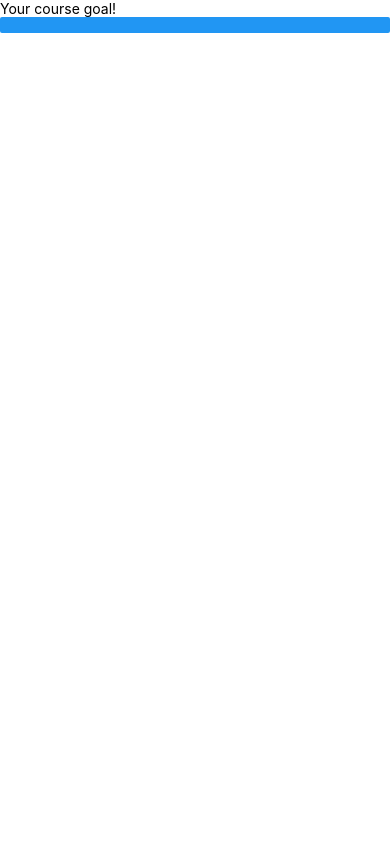
Repository: akinolapo/ToDoApp
Screen: /
These files come from the project's save history. The screen is drawn as it stood at one moment and after a run of saves; the edit follows.
The app was drawn by React Native's web renderer in a window 390 px wide. The project was rebuilt for these pictures with package versions that can differ from the ones it lists, and the page was loaded fresh each time.

Above is the screen before, as saved 2022-09-15 13:03:04.

### App.js
import { StyleSheet, Text, View, Button, TextInput } from 'react-native';

export default function App() {
  return (
    <View>
      <View>
        <TextInput placeholder='Your course goal!'/>
        <Button title=''/>
      </View>
      <View></View>
    </View>
  );
}

const styles = StyleSheet.create({
  container: {
    flex: 1,
    backgroundColor: '#fff',
    alignItems: 'center',
    justifyContent: 'center',
  },
  dummyText: {
    margin: 16,
    padding: 16,
    borderWidth: 2,
    borderColor: 'blue',
  }
});

After the next 2 saves:
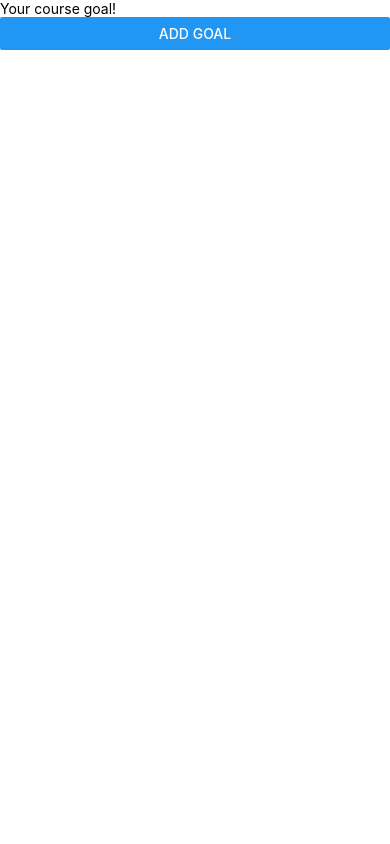
The 2 saves are shown as one change because they came seconds apart.
The last was saved 9 s later.
--- a/App.js
+++ b/App.js
@@ -5,7 +5,7 @@ export default function App() {
     <View>
       <View>
         <TextInput placeholder='Your course goal!'/>
-        <Button title=''/>
+        <Button title='Add Goal'/>
       </View>
       <View></View>
     </View>
